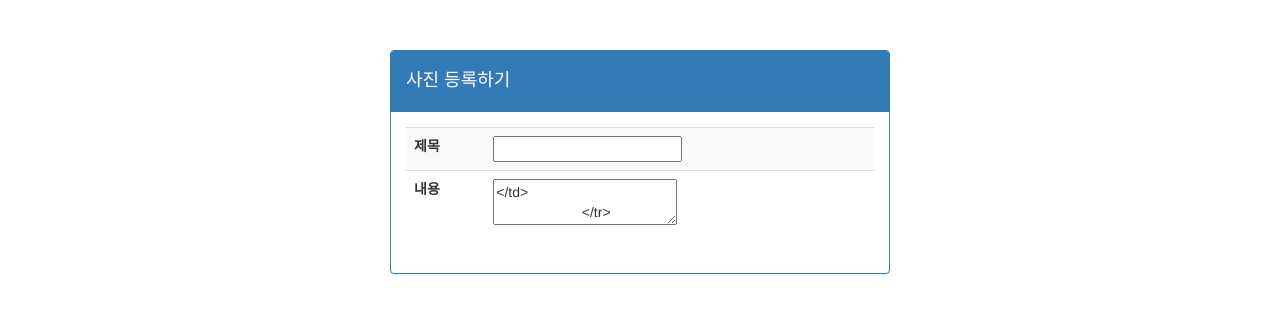
Repository: simDev1234/WebStudy
Page: http://localhost/2022_0607_PhotoGallery/photo/insert_form.do
An editor plug-in stored every save of this project. The page is shown before and after the next save, followed by the edit.
The browser window is 1280 px wide. The pictures show the whole page.
The page is served by Tomcat 9. Other server files are loaded and not shown.

Above is the page before, as saved 2022-06-08 02:58:02.

### _01_상반기_WebStudy/2022_0607_PhotoGallery/src/main/webapp/photo/photo_insert_form.jsp
<%@ page language="java" contentType="text/html; charset=UTF-8"
    pageEncoding="UTF-8"%>
<!DOCTYPE html>
<html>
<head>
<meta charset="UTF-8">
<title>Insert title here</title>
<link rel="stylesheet" href="https://maxcdn.bootstrapcdn.com/bootstrap/3.4.1/css/bootstrap.min.css">
<script src="https://ajax.googleapis.com/ajax/libs/jquery/3.6.0/jquery.min.js"></script>
<script src="https://maxcdn.bootstrapcdn.com/bootstrap/3.4.1/js/bootstrap.min.js"></script>
<style type="text/css">
    #box{
       width  : 500px;
       margin : auto;
       margin-top : 50px;
    }
</style>
</head>
<body>
   <form method = "POST" enctype = "mutipart/form-data">
      <div id = "box">
         <div class="panel panel-primary">
	       <div class="panel-heading"><h4>사진 등록하기</h4></div>
	       <div class="panel-body">
	          <table class = "table table-striped">
	              <tr>
	                <th>제목</th>
	                <td><input name = "p_subject"></td>
	              </tr>
	              <tr>
	                <th>내용</th>
	                <td><textarea name = "p_content"></td>
	              </tr>
	          </table>
	       </div>
	     </div>
      </div>
   </form>
</body>
</html>

### _01_상반기_WebStudy/2022_0607_PhotoGallery/src/main/java/action/photo/PhotoInsertFormAction.java
package action.photo;

import java.io.IOException;
import javax.servlet.RequestDispatcher;
import javax.servlet.ServletException;
import javax.servlet.annotation.WebServlet;
import javax.servlet.http.HttpServlet;
import javax.servlet.http.HttpServletRequest;
import javax.servlet.http.HttpServletResponse;

/**
 * Servlet implementation class PhotoInsertFormAction
 */
@WebServlet("/photo/insert_form.do")
public class PhotoInsertFormAction extends HttpServlet {
	private static final long serialVersionUID = 1L;

	/**
	 * @see HttpServlet#HttpServlet()
	 */
	public PhotoInsertFormAction() {
		super();
		// TODO Auto-generated constructor stub
	}

	/**
	 * @see HttpServlet#service(HttpServletRequest request, HttpServletResponse response)
	 */
	protected void service(HttpServletRequest request, HttpServletResponse response)
			throws ServletException, IOException {

		//forward
		String forward_page = "photo_insert_form.jsp";
		RequestDispatcher disp = request.getRequestDispatcher(forward_page);
		disp.forward(request, response);
	}

}

After the next save:
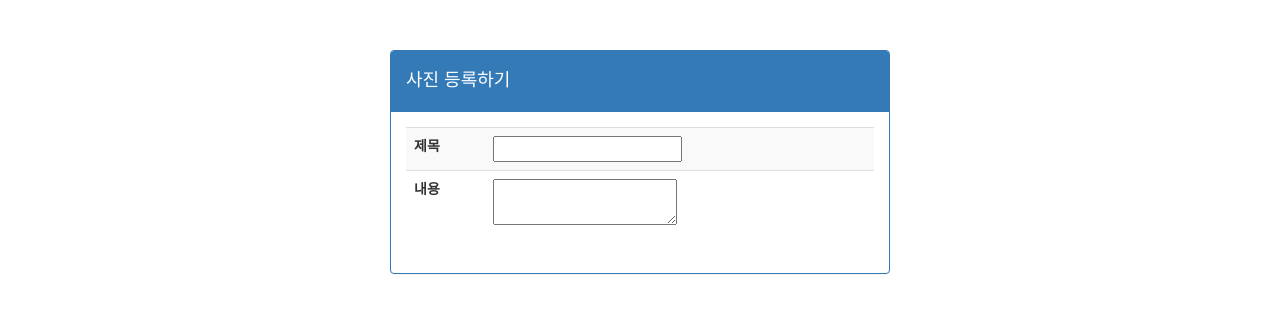
Saved 6 s later.
--- a/_01_상반기_WebStudy/2022_0607_PhotoGallery/src/main/webapp/photo/photo_insert_form.jsp
+++ b/_01_상반기_WebStudy/2022_0607_PhotoGallery/src/main/webapp/photo/photo_insert_form.jsp
@@ -29,7 +29,7 @@
 	              </tr>
 	              <tr>
 	                <th>내용</th>
-	                <td><textarea name = "p_content"></td>
+	                <td><textarea name = "p_content"></textarea></td>
 	              </tr>
 	          </table>
 	       </div>
